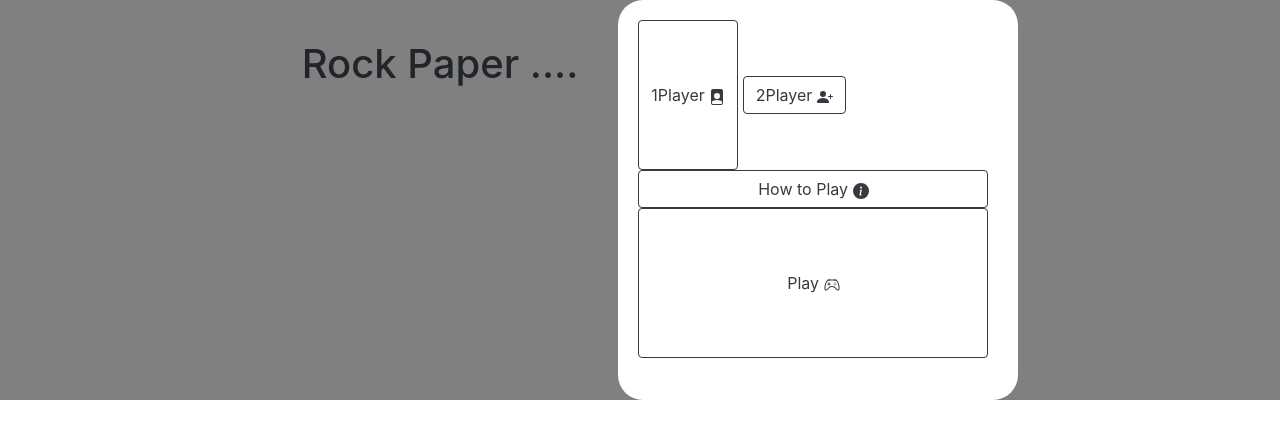
Repository: hossamsulleman1/Colllege-rock-paper-game
Page: index.html
The author's editor kept a copy of each file at every save. The page is drawn from the files as they stood at one save, then again after the next save.
The browser window is 1280 px wide. The pictures show the whole page.

Above is the page before, as saved 2020-09-15 10:44:17.
Console error: SyntaxError: Unexpected token '<'

After the next save:
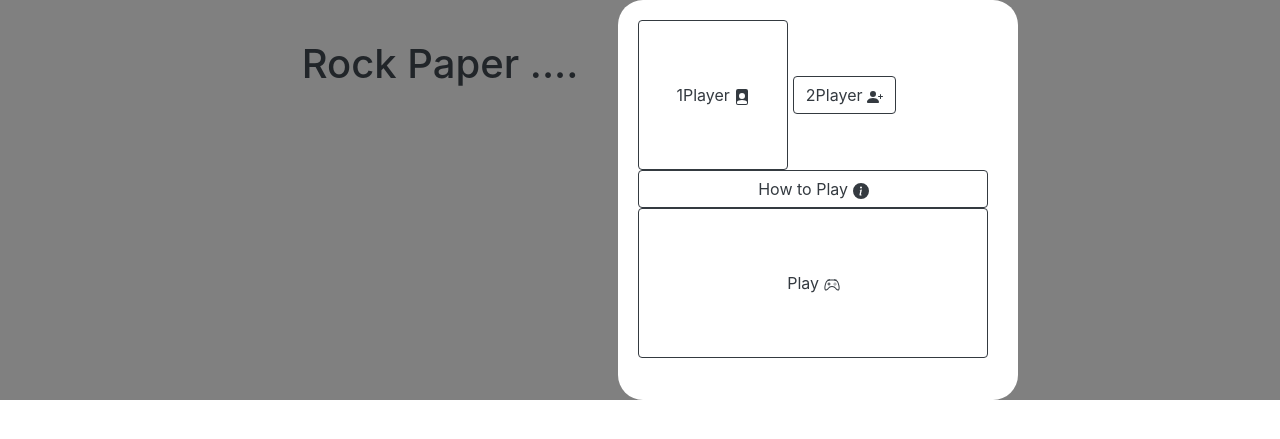
Saved 13 s later.
--- a/index.html
+++ b/index.html
@@ -12,7 +12,7 @@
    <div class="wall">
       <h1 style="padding: 40px; text-align: center;">Rock Paper .... </h1>
     <div class="mainCard">
-<button style="height: 150px;"class="btn btn-outline-dark">
+<button style="height: 150px; width: 150px;"class="btn btn-outline-dark">
     1Player
     <svg width="1em" height="1em" viewBox="0 0 16 16" class="bi bi-file-person-fill" fill="currentColor" xmlns="http://www.w3.org/2000/svg">
         <path fill-rule="evenodd" d="M12 0H4a2 2 0 0 0-2 2v12a2 2 0 0 0 2 2h8a2 2 0 0 0 2-2V2a2 2 0 0 0-2-2zm-1 7a3 3 0 1 1-6 0 3 3 0 0 1 6 0zm-3 4c2.623 0 4.146.826 5 1.755V14a1 1 0 0 1-1 1H4a1 1 0 0 1-1-1v-1.245C3.854 11.825 5.377 11 8 11z"/>
